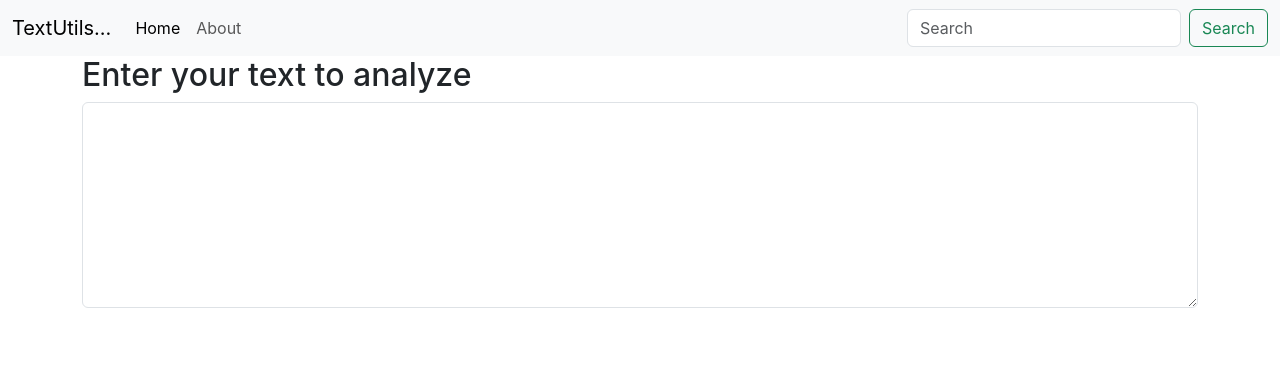
Repository: SujanNagaju/react-demo
Page: /
An editor plug-in stored every save of this project. The page is shown before and after a run of saves, followed by the edit.
The browser window is 1280 px wide. The pictures show the whole page.
The project was rebuilt for these pictures with package versions that can differ from the ones it lists, and the page was loaded fresh each time. Also part of the build but not shown: src/App.css.

Above is the page before, as saved 2024-12-29 13:12:44.

After the next 2 saves:
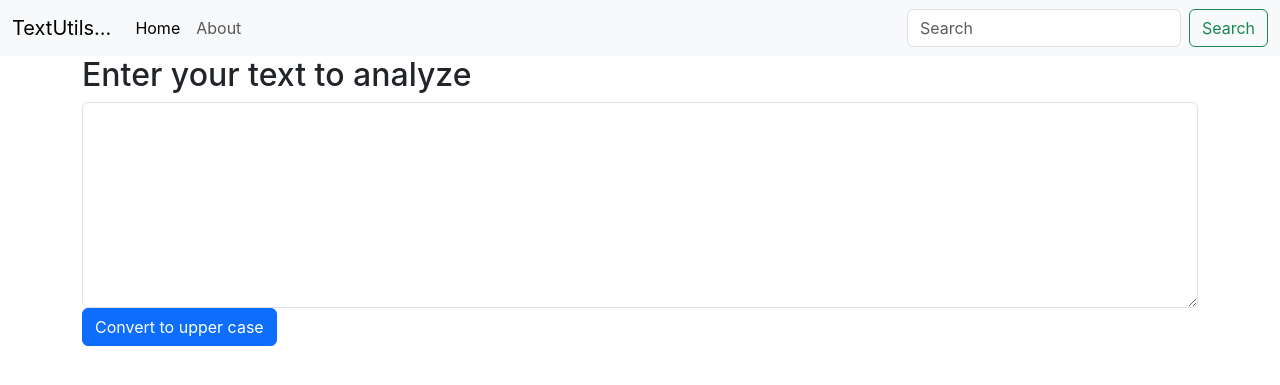
The 2 saves are shown as one change because 1 did not build or start.
The last was saved 107 s later.
--- a/src/components/TextForm.js
+++ b/src/components/TextForm.js
@@ -6,6 +6,7 @@
       <h2>{props.heading}</h2>
         <div className="mb-3">
             <textarea className="form-control" id="textBox" rows="8"></textarea>
+            <button className="btn btn-primary">Convert to upper case</button>
         </div>
     </div>
   )
